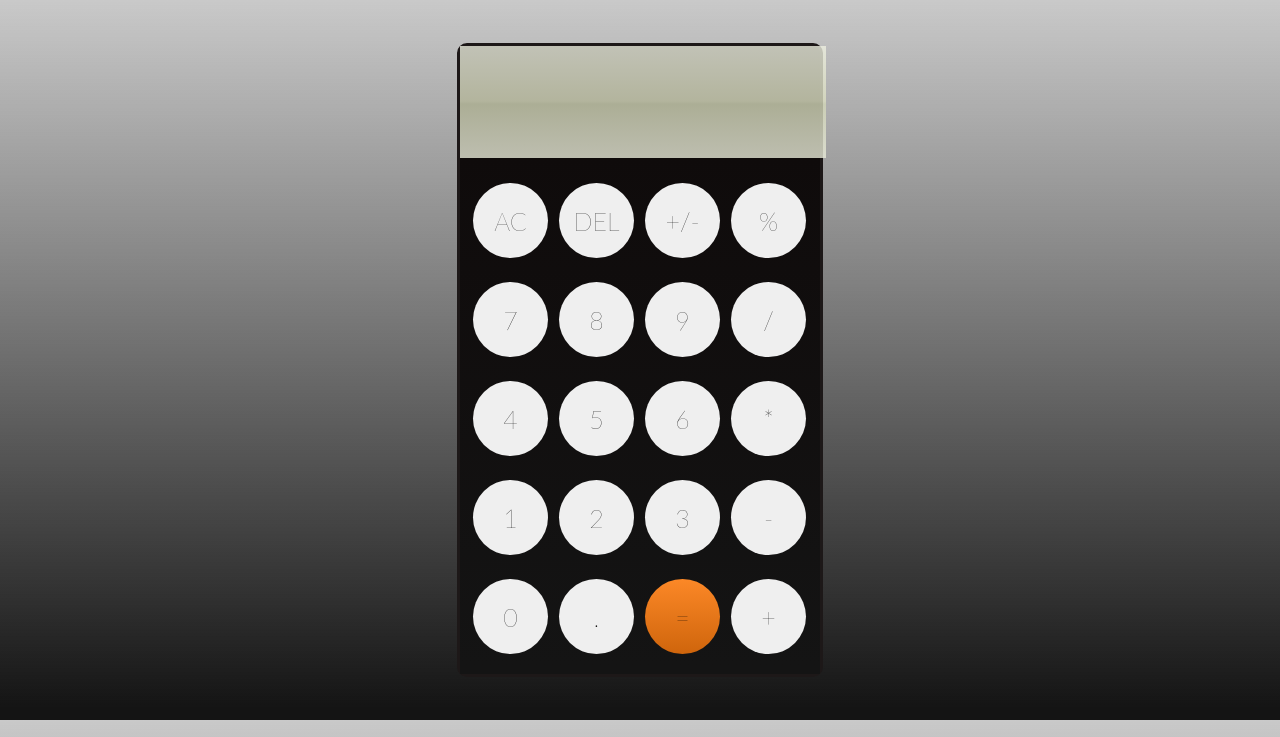
Repository: MhlengiNgubane/BrainnestJsTwo
Page: index.html
The author's editor kept a copy of each file at every save. The page is drawn from the files as they stood at one save, then again after the next save.
The browser window is 1280 px wide. The pictures show the whole page.

Above is the page before, as saved 2022-09-12 09:20:44.

### index.html
<!DOCTYPE html>
<html lang="en">
<head>
    <meta charset="UTF-8">
    <meta http-equiv="X-UA-Compatible" content="IE=edge">
    <meta name="viewport" content="width=device-width, initial-scale=1.0">
    <title>CALCULATOR</title>

    <link rel="stylesheet" href="style.css">
</head>
    <body>
        <div class="wrapper">
            <div class="container">
                <input type="text" class="input" value="" disabled />
                <div class="buttons">
                    <button value="AC" class="brown clear">AC</button>
                    <button value="DEL" class="brown delete">DEL</button>
                    <button value="+/-" class="brown plusMinus">+/-</button>
                    <button value="%" class="brown percent">%</button>

                    <button value="7" class="number">7</button>
                    <button value="8" class="number">8</button>
                    <button value="9" class="number">9</button>
                    <button value="/" class="brown operator">/</button>

                    <button value="4" class="number">4</button>
                    <button value="5" class="number">5</button>
                    <button value="6" class="number">6</button>
                    <button value="*" class="brown operator">*</button>

                    <button value="1" class="number">1</button>
                    <button value="2" class="number">2</button>
                    <button value="3" class="number">3</button>
                    <button value="-" class="brown operator">-</button>

                    <button value="0" class="zero number">0</button>
                    <button value="." class="decimal">.</button>
                    <button value="=" class="equal operator">=</button>
                    <button value="+" class="brown operator">+</button>
                </div>
            </div>
        </div>
        <script src="App.js"></script>
    </body>
</html>

### style.css
* {
    border: 0;
    margin: 0;
    padding: 0;
    font-family: 'lato';
    font-weight: 100;
}

body{
    font-family: 'Roboto';
    font-weight: 400;
    background: linear-gradient(360deg, #141414 1.56%, rgba(0, 0, 0, 0.21) 100%);
    width: 100%;
    height: 100vh;
    display: flex;
    flex-direction: column;
    align-items: center;
    justify-content: center;
}



.container{
    align-items: center;
    margin: auto;
    margin-top: 60px;
    width: 360px;
    border: 20px;
    border: 3px solid #1d1818;
    background-color: #130e0e;
    border-radius: 10px;
    margin-bottom: 60px;
}

.input{
    background: linear-gradient(360deg, #E8EAD8 0%, #D2D6B7 48.12%, #DBDEC1 50.76%, #EDEFE0 100%);
    width: 94%;
    min-height: 65px;
    padding: 0 14px;
    text-align:  end;
    font-size: 48px;
    line-height: 112px;
    display: flex;
    align-items: center;
    justify-content: end;
    color: #000000;
    opacity: 0.8;
    outline: none;
    border: none;
}

.buttons{
    display: grid;
    grid-template-columns: repeat(4, 1fr);
    row-gap: 10px;
    column-gap: 10px;
    background: linear-gradient(360deg, #141414 1.56%, rgba(0, 0, 0, 0.21) 100%);
    padding: 18px 13px 13px 13px;
}

button{
    border: 1;
    outline: none;
    height: 75px;
    width: 75px;
    border-radius: 70px;
    text-align: center;
    margin-top: 7px;
    margin-bottom: 7px;
    font-size: 25px;
}

.grey{
    background: linear-gradient(180deg, #7F878C 0%, #4C5154 100%);
}


.equal{
    background: linear-gradient(180deg, #FC8827 0%, #CF650C 100%);
}

@media(max-width: 430px){
    .wrapper{
        width: 100%;
        height: 100%;
        border-radius: 0;
    }

    .buttons{
        row-gap: 5px;
        column-gap: 5px;
        background: linear-gradient(360deg, #141414 1.56%, rgba(0, 0, 0, 0.21) 100%);
        padding: 18px 13px 13px 13px;
    }


}

### App.js
/* Add two numbers */
function add(firstNumber, secondNumber){
  return firstNumber + secondNumber;
}
/* subtract two numbers */
function subtract(firstNumber, secondNumber){
  return firstNumber - secondNumber;
}
/* multiply two numbers */
function multiply(firstNumber, secondNumber){
  return firstNumber * secondNumber;
}
/* divide two numbers */
function divide(firstNumber, secondNumber){
  return firstNumber / secondNumber;
}
/* Make the operations */
function operate(operator, firstNumber, secondNumber){
  if(operator === '+'){
      return add(firstNumber, secondNumber);
  }
  else if(operator === '-'){
      return subtract(firstNumber, secondNumber);
  }
  else if(operator === '*'){
      return multiply(firstNumber, secondNumber);
  }
  else if(operator === '/'){
      return divide(firstNumber, secondNumber);
  }
  return secondNumber;
}

const display = document.querySelector('.display p');

const calculator = {
  displayValue: '0',
  firstNumber: null,
  operator: null,
  secondNumber: false,
};

function clear() {
  calculator.displayValue = '0';
  calculator.firstNumber = null;
  calculator.operator = null;
  calculator.secondNumber = false;
}

function updateDisplay() {
  display.value = calculator.displayValue;
}

const buttons = document.querySelector('.buttons');
buttons.addEventListener('click', (e) => {
const target = e.target;

  if (!target.matches('button')) {
      return;
  }

  if (target.classList.contains('clear')) {
      clear();
      updateDisplay();
      return;
  }

  if (target.classList.contains('delete')) {
      undo();
      return;
  }

  if (target.classList.contains('plusMinus')) {
      plusMinus();
      return;
  }

  if (target.classList.contains('percent')) {
      percentage();
      return;
  }

  if (target.classList.contains('decimal')) {
      decimal(target.value);
      updateDisplay();
      return;
  }

  if (target.classList.contains('operator')) {
      calculate(target.value);
      updateDisplay();
      return;
  }

      displayNumber(target.value);
      updateDisplay();
});

function undo(){
  display.value = display.value.slice(0, -1);
  calculator.displayValue = display.value;
}

function plusMinus(){
  let displayPlusMinus = calculator.displayValue;
  if(displayPlusMinus >= 0){
      display.value = '-' + displayPlusMinus;
  }
  calculator.displayValue = display.value;
}

function percentage(){
  let displayPercent = calculator.displayValue;
  if(displayPercent != 0){
      display.value = displayPercent / 100;
  }
 calculator.displayValue = display.value;
}

function decimal(dot) {
  if (calculator.secondNumber === true) {
      calculator.displayValue = '0.'
      calculator.secondNumber = false;
      return
  }
  if (!calculator.displayValue.includes(dot)) {
      calculator.displayValue += dot;
  }
}

function displayNumber(number) {
  let displayValue = calculator.displayValue;
  const secondNumber = calculator.secondNumber;

  if (secondNumber === true) {
      calculator.displayValue = number;
      calculator.secondNumber = false;
  }
  else if(displayValue === '0'){
      calculator.displayValue = number;
  }
  else{
      calculator.displayValue = displayValue + number;
  }
}

function calculate(inputOperator) {
  const firstNumber = calculator.firstNumber;
  const displayValue = calculator.displayValue;
  const operator  = calculator.operator;

  const inputValue = parseFloat(displayValue);

  if (operator && calculator.secondNumber)  {
      calculator.operator = inputOperator;
      return;
    }

  if (firstNumber == null) {
      calculator.firstNumber = inputValue;

  } else if (operator) {
      const result = operate(operator, firstNumber, inputValue);
      calculator.displayValue = `${parseFloat(result.toFixed(6))}`;
      calculator.firstNumber = result;
  }
  calculator.secondNumber = true;
  calculator.operator = inputOperator;
  console.log(calculator);
}

After the next save:
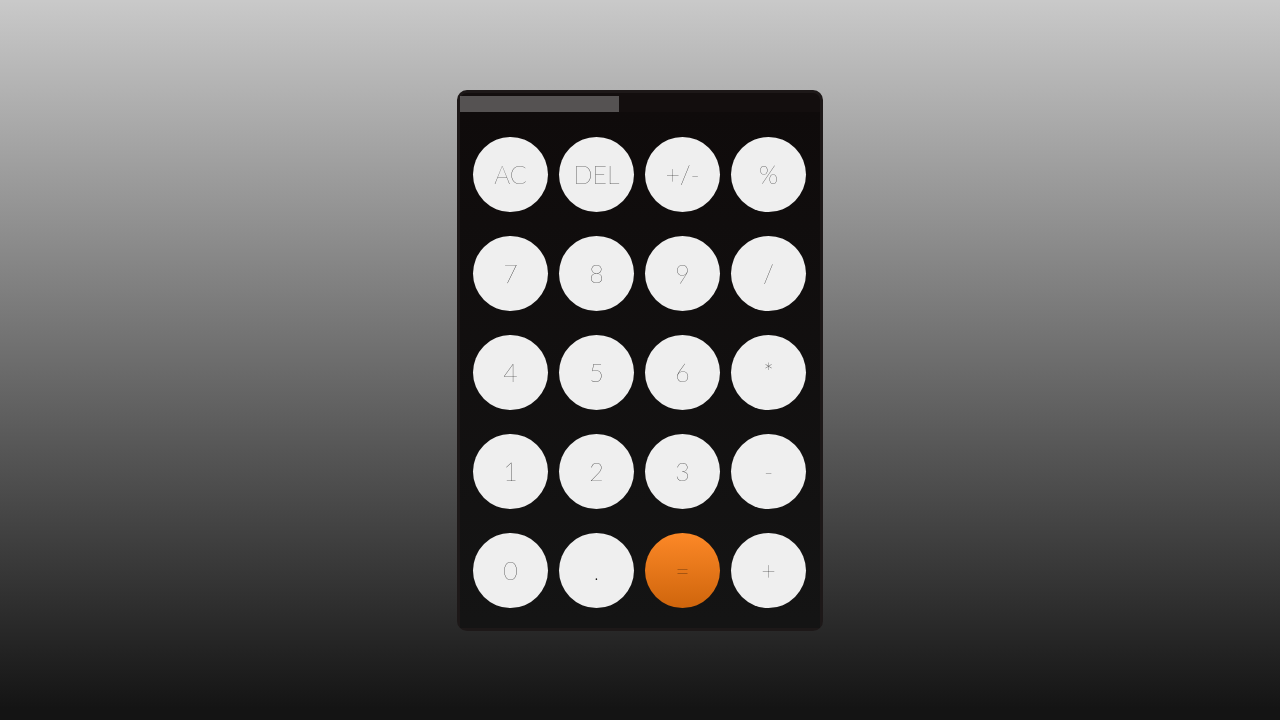
Saved 44 s later.
--- a/style.css
+++ b/style.css
@@ -32,21 +32,22 @@
     margin-bottom: 60px;
 }
 
-.input{
-    background: linear-gradient(360deg, #E8EAD8 0%, #D2D6B7 48.12%, #DBDEC1 50.76%, #EDEFE0 100%);
-    width: 94%;
-    min-height: 65px;
-    padding: 0 14px;
-    text-align:  end;
-    font-size: 48px;
-    line-height: 112px;
-    display: flex;
-    align-items: center;
-    justify-content: end;
-    color: #000000;
-    opacity: 0.8;
-    outline: none;
-    border: none;
+.display {
+    position: relative;
+    width: 355px;
+    height: 125px;
+    border: 3px solid #2f2f2f;
+    text-align: right;
+    border-radius: 8px;
+    background-color: #2f2f2f;
+    color: #fff;
+}
+
+.display p {
+    position: absolute;
+    bottom:0;
+    right:0;
+    font-size: 60px;
 }
 
 .buttons{
